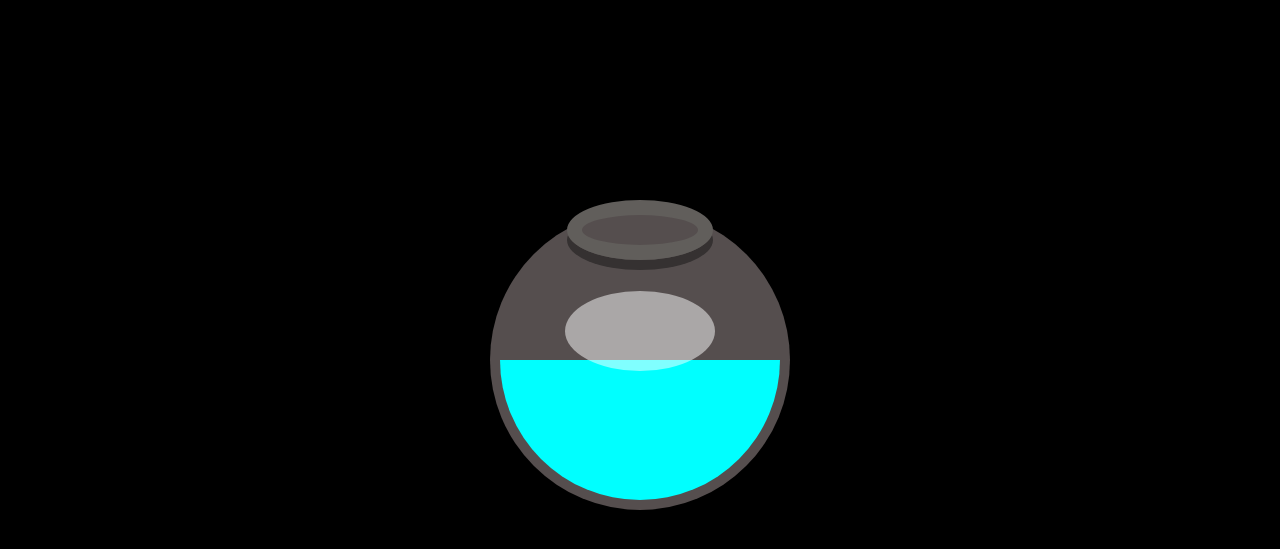
Repository: zjria/Colorful-Glowing-Liquid-Bowl-Animation-Effects
Page: index.html
The author's editor kept a copy of each file at every save. The page is drawn from the files as they stood at one save, then again after the next save.
The browser window is 1280 px wide. The pictures show the whole page.

Above is the page before, as saved 2022-04-15 17:55:14.

After the next save:
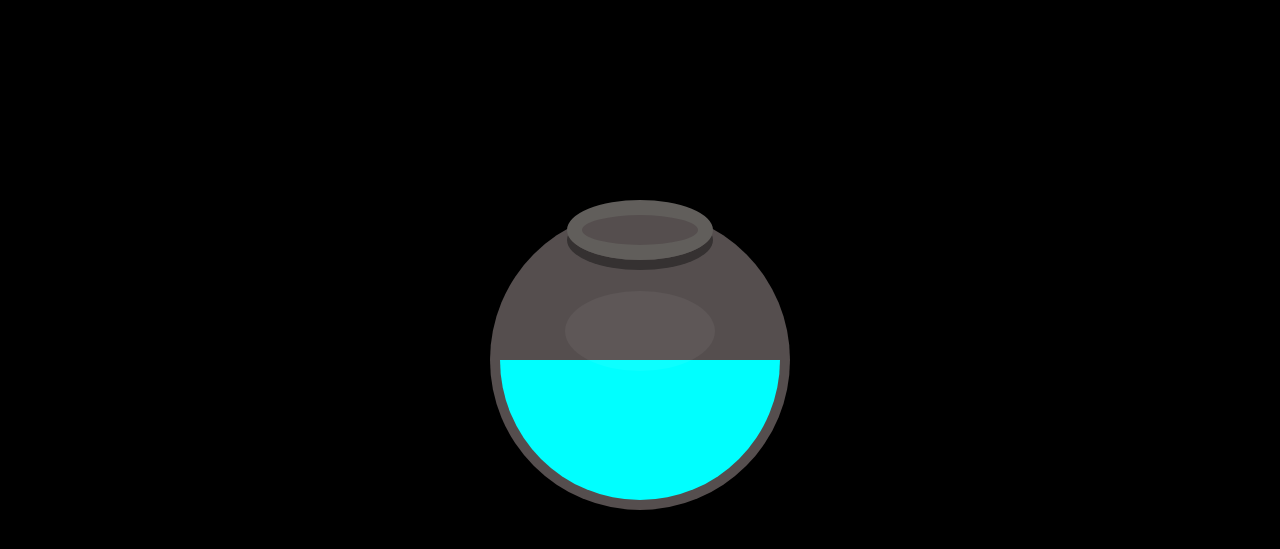
Saved 17 s later.
--- a/style.css
+++ b/style.css
@@ -39,7 +39,7 @@ section{
     border-radius: 50%;
     width: 150px;
     height: 80px;
-    background: rgb(255, 255, 255, 0.5);
+    background: rgb(255, 255, 255, 0.05);
 
 }
 .liquid{
